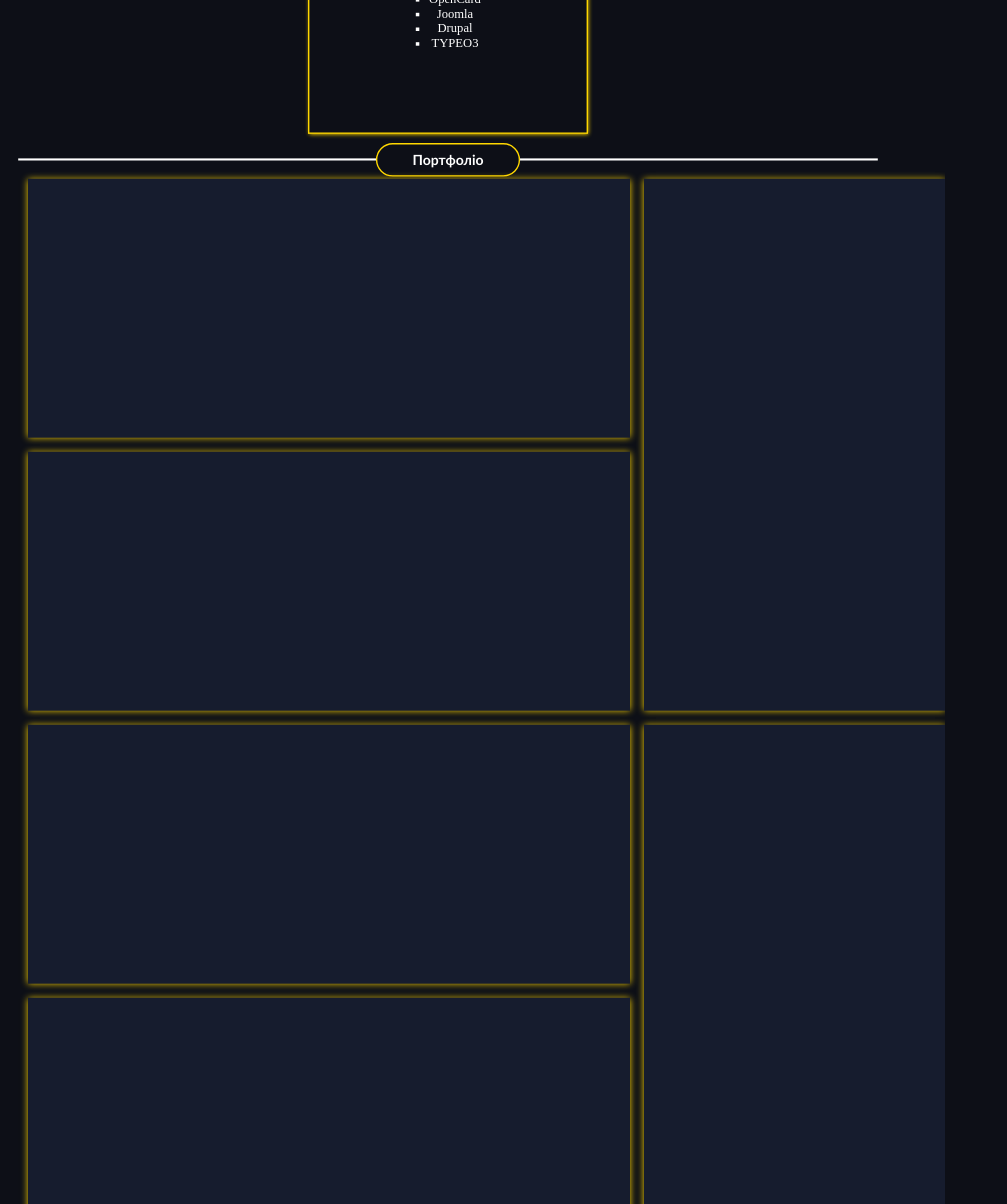
Repository: qtqqrdy13/cv-2
Page: index.html
These files come from the project's save history. The page is drawn as it stood at one moment and after the next save; the edit follows.
The browser window is 1280 px wide. The page is 1350 px wide, then 1439 px, then 1350 px, so the pictures cover 1439 px, including what lies to the right of the window. The pictures show the part of the page from y = 2725 to 4445 px (the page is 4562 px tall before and 4541 px after), at 70% of full size.

Above is the page before, as saved 2023-10-09 17:59:11.

### index.html
<!DOCTYPE html>
<html lang="en">

<head>
    <link rel="stylesheet" href="main.css">
    <meta charset="UTF-8">
    <meta name="viewport" content="width=device-width, initial-scale=1.0">
    <title>Батуров Олексій</title>
</head>

<body>
    <!--Navigation-->
    <header>
        <div class="logo">
            <img src="../My-CV Леша/image/media/logo.png" alt="logo">
        </div>
        <nav>
            <ul>
                <li><a href="">Головна</a></li>
                <li><a href="#about">Про мене</a></li>
                <li><a href="#skills">Мої скіли</a></li>
                <li><a href="#portfolio">Портфоліо</a></li>
                <li><a href="">Контакти</a></li>
            </ul>
        </nav>
    </header>
    <!--Navigation-->

    <!--Two images-->
    <div class="container-top">
        <div class="img-container">
            <img class="img-1" src="../cv 2/image/code.gif" alt="">
            <img class="img-2" src="../cv 2/image/photo_2023-09-09_18-51-06.jpg" alt="">
        </div>
        <!--Two images-->

        <!--About Oleksiy-->
        <div class="container-text">
            <div id="about"></div>
            <div class="text-block">
                <h1>Олексій Батуров</h1>
            </div>
        </div>
    </div>
    <div class="description">
        <p>Я професіонал, чия пристрасть до веб-розробки
            помітна в кожному рядку коду, який я створюю.
            За час моєї практики я набув глибоких знань у
            різних галузях веб-технологій, включаючи HTML,
            CSS, JavaScript, а також популярні фреймворки
            та бібліотеки. Мої навички дозволяють мені
            створювати унікальні та сучасні веб-сайти,
            які поєднують у собі функціональність, стиль
            та оптимальну продуктивність. </p>
    </div>
    <!--About Oleksiy-->

    <!--Edge-->
    <div id="about_us">
        <div class="announcement">
            <h2 class="title">
                Скіли
            </h2>
        </div>
    </div>
    <!--Edge-->

    <!--Skills-->
    <div class="container">
        <div id="skills"></div>
        <div class="row">
            <div class="block">
                <h2>Скіли Дизайнера</h2>
                <div class="content">
                    <ul>
                        <li>Figma</li>
                        <li>Photoshop</li>
                        <li>Illustrator</li>
                        <li>Scratch</li>
                        <li>AdobeXD</li>
                        <li>Corel Draw</li>
                    </ul>
                </div>
            </div>
            <div class="block">
                <h2>Скіли Front-End розробника</h2>
                <div class="content">
                    <ul>
                        <li>HTML</li>
                        <li>CSS</li>
                        <li>JavaScript</li>
                        <li>ReactJS</li>
                        <li>ReactNative</li>
                        <li>AngularJS</li>
                        <li>NodeJS</li>
                        <li>VueJS</li>
                        <li>JQuerry</li>
                        <li>TypeScript</li>
                        <li>PHPMyAdmin</li>
                    </ul>
                </div>
            </div>
            <div class="block">
                <h2>Володіння CMS - платформами</h2>
                <div class="content">
                    <ul>
                        <li>WordPress</li>
                        <li>OpenCard</li>
                        <li>Joomla</li>
                        <li>Drupal</li>
                        <li>TYPEO3</li>
                    </ul>
                </div>
            </div>
        </div>
    </div>
    <!--Skills-->

    <!--Edge-->
    <div id="about_us">
        <div class="announcement">
            <h2 class="title">
                Портфоліо
            </h2>
        </div>
    </div>
    <!--Edge-->

    <!--Portfolio-->
    <div class="angry-grid">
        <div id="portfolio"></div>

        <div id="item-0">&nbsp;</div>
        <div id="item-1">&nbsp;</div>
        <div id="item-2">&nbsp;</div>
        <div id="item-3">&nbsp;</div>
        <div id="item-4">&nbsp;</div>
        <div id="item-5">&nbsp;</div>
    </div>
    <button class="details_btn">Детальніше</button>
    <!--Portfolio-->


</body>

</html>

### main.css
body {
    background-color: #0d0f17;
    margin: 0;
    padding: 0;

}
/*Navigation*/
header {
    background-color: #161C2E;
    color: white;
    padding: 10px 0px;
    position: fixed;
    top: 0;
    width: 100%;
    display: flex;
    justify-content: space-between;
    align-items: center;
    z-index: 1000;
}

.logo img {
    height: 50px;
    margin-left: 50px;
}

nav ul {
    list-style: none;
    margin-right: 50px;
}

nav li {
    display: inline;
    margin-right: 50px;
}

nav a {
    text-decoration: none;
    color: white;
    font-weight: bold;
    font-size: 18px;
}

nav a:hover {
    color: gold;
    font-size: 24px;
    text-shadow: 0 0 10px gold;


}
/*Two images*/
.container-top {
    display: flex;
    flex-direction: column;
    align-items: center;
    width: 100%;
    overflow: visible;
    position: relative;
}

.img-container {
    width: 100%;
    max-width: 100vw;
    position: relative;
    overflow: visible;
    order: 1;
}

.img-1 {
    width: 100%;
    height: 500px;
    position: relative;
    animation: slideUp 2s ease-in-out infinite alternate;
}

.img-2 {
    width: 400px;
    height: 400px;
    max-width: 100%;
    position: absolute;
    top: calc(60% + 10%);
    ;
    left: 50%;
    transform: translateX(-50%);
    z-index: 2;
    border-radius: 50%;
}

@keyframes slideUp {
    0% {
        transform: translateY(0);
    }

    100% {
        transform: translateY(-20px);
    }
}

@media screen and(max-width: 768px) {
    .container {
        padding: 2px;
    }

    .img-1,
    .img-2 {
        height: auto;
    }
}
/*About Oleksiy*/
.container-text {
    display: flex;
    flex-direction: column;
    align-items: center;
    justify-content: center;
    height: 100vh;
    order: 2;
}

.text-block {
    width: 400px;
    height: 214px;
    font-size: 60px;
    text-align: center;
    color: white;
    animation: fadeIn 2s ease-in-out;
    margin: 0 auto;
}

.description {
    width: 700px;
    height: 256px;
    text-align: center;
    color: white;
    animation: slideIn 2s ease-in-out;
    margin: 0 auto;
    margin-bottom: 10%;
}

@keyframes fadeIn {
    0% {
        opacity: 0;
    }

    100% {
        opacity: 1;
    }
}

@keyframes slideIn {
    0% {
        transform: translateY(-20px);
        opacity: 0;
    }

    100% {
        transform: translateY(0);
        opacity: 1;
    }
}

/* Адаптация для мелких скринов */
@media (max-width: 600px) {
    .text-block {
        font-size: 36px;
    }

    .description {
        font-size: 18px;
    }
}

/* Адаптация для планшей */
@media (min-width: 601px) and (max-width: 1024px) {
    .text-block {
        font-size: 48px;
    }

    .description {
        font-size: 24px;
    }
}

@media (min-width: 1025px) {
    .text-block {
        font-size: 72px;
    }

    .description {
        font-size: 30px;
    }
}
/*Edge*/
.announcement {
    height: 3px;
    background-color: white;
    display: flex;
    justify-content: center;
    align-items: center;
    margin: 2% 2%;
}

.title {
    animation-name: fade-in;
    animation-duration: 0.3s;
    text-align: center;
    text-decoration: none;
    color: white;
    border: 2px solid gold;
    background-color: #0d0f17;
    border-radius: 30px;
    padding: 10px 50px;
}

.title:hover {

    color: gold;
    font-size: 26px;
    box-shadow: 0 0 6px gold;
}

@keyframes fade-in {
    from {
        opacity: 0;
    }

    to {
        opacity: 1;
    }
}
/*Skills*/
.container {
    display: flex;
    flex-direction: column;
    align-items: center;
}

.row {
    display: flex;
    flex-wrap: wrap;
    justify-content: space-between;
}

.block {
    border: 2px solid gold;
    margin: 10px;
    padding: 20px;
    animation: fade-in 1s ease-in-out;
    width: calc(50% - 20px);
    height: 400px;
    box-shadow: 1px 1px 6px gold;
    text-align: center;
    box-sizing: border-box;
    display: flex;
    flex-direction: column;
    justify-content: flex-start;
    align-items: center;
}

.block:hover {
    box-shadow: 2px 2px 12px gold;
}

h2 {
    font-size: 20px;
    font-family: 'Trebuchet MS', 'Lucida Sans Unicode', 'Lucida Grande', 'Lucida Sans', Arial, sans-serif;
    margin-top: 10px 0 0 0;
    color: white;
}

.content {
    display: flex;
    flex-direction: column;
    align-items: center;
    justify-content: center;
    height: 100%;
}

.content ul {
    list-style-type: square;
    padding-left: 20px;
    margin: 0;
}

h2:hover {
    font-size: 21px;
    text-shadow: 0px 0px 12px white;
}

.content li {
    font-size: 18px;
    color: white;
}

.content li:hover {
    font-size: 19px;
    text-shadow: 0px 0px 12px white;
}

@keyframes fade-in {
    0% {
        opacity: 0;
    }

    100% {
        opacity: 1;
    }
}

@media screen and (max-width: 1024px) {
    .block {
        padding: 10px;
        width: calc(50% - 20px);
        height: 250px;
    }

    .block h2 {
        font-size: 18px;
    }

    .content li {
        font-size: 16px;
    }
}

@media screen and (max-width: 750px) {
    .block {
        padding: 10px;
        width: calc(50% - 20px);
        height: 200px;
    }

    .block h2 {
        font-size: 16px;
    }

    .content li {
        font-size: 14px;
    }
}


@media screen and (min-width: 1200px) {
    .block {
        width: 400px;
        height: 400px;
    }

    .row {
        justify-content: center;
        width: calc(65% - 10px)
    }
}
/*Portfolio*/
.angry-grid {
    display: grid;
    grid-template-rows: 1fr 1fr 1fr 1fr;
    grid-template-columns: 1fr 1fr 1fr 1fr 1fr;
    margin: 0 auto;
    max-width: 1200px;
    padding: 0 15px;
}

#item-0 {
    background-color: #161C2E;
    grid-row-start: 1;
    grid-column-start: 1;
    grid-row-end: 2;
    grid-column-end: 3;
    margin-bottom: 20px;
    width: 860px;
    height: 370px;
    box-shadow: 0 0 10px gold;
}
#item-0:hover{
    box-shadow: 0 0 18px gold;
    border-radius: 10px;
}

#item-1 {
    background-color: #161C2E;
    grid-row-start: 1;
    grid-column-start: 3;
    grid-row-end: 3;
    grid-column-end: 4;
    margin-left: 20px;
    width: 430px;
    height: 760px;
    box-shadow: 0 0 10px gold;
}

#item-1:hover{
    box-shadow: 0 0 18px gold;
    border-radius: 10px;
}

#item-2 {
    background-color: #161C2E;
    grid-row-start: 2;
    grid-column-start: 1;
    grid-row-end: 3;
    grid-column-end: 3;
    margin-bottom: 20px;
    box-shadow: 0 0 10px gold;
}

#item-2:hover{
    box-shadow: 0 0 18px gold;
    border-radius: 10px;
}

#item-3 {
    background-color: #161C2E;
    grid-row-start: 3;
    grid-column-start: 1;
    grid-row-end: 4;
    grid-column-end: 3;
    margin-bottom: 20px;
    box-shadow: 0 0 10px gold;
}

#item-3:hover{
    box-shadow: 0 0 18px gold;
    border-radius: 10px;
}

#item-4 {
    background-color: #161C2E;
    grid-row-start: 4;
    grid-column-start: 1;
    grid-row-end: 5;
    grid-column-end: 3;
    box-shadow: 0 0 10px gold;
}

#item-4:hover{
    box-shadow: 0 0 18px gold;
    border-radius: 10px;
}

#item-5 {
    background-color: #161C2E;
    grid-row-start: 3;
    grid-column-start: 3;
    grid-row-end: 5;
    grid-column-end: 4;
    margin-left: 20px;
    box-shadow: 0 0 10px gold;
}

#item-5:hover{
    box-shadow: 0 0 18px gold;
    border-radius: 10px;
}
/* Медиа-запрос для маленьких экранов (например, ноутбуки) */
@media (max-width: 768px) {
    .angry-grid {
        grid-template-columns: 1fr 1fr; /* Изменяем количество столбцов на 2 */
        max-width: 768px; /* Занимать всю доступную ширину */
        margin-left: 0;
    }
}
@media (min-width: 1313px) {
    .angry-grid {
        max-width: 1313px; /* Занимать всю доступную ширину */
        padding: 45px 20px;
    }
}
.details_btn button{
    width: 215px;
    height: 60px;
    background-color:white;
    color: black;
    font-size:28px;
    border-radius:10px;
    margin:0 auto;
}

After the next save:
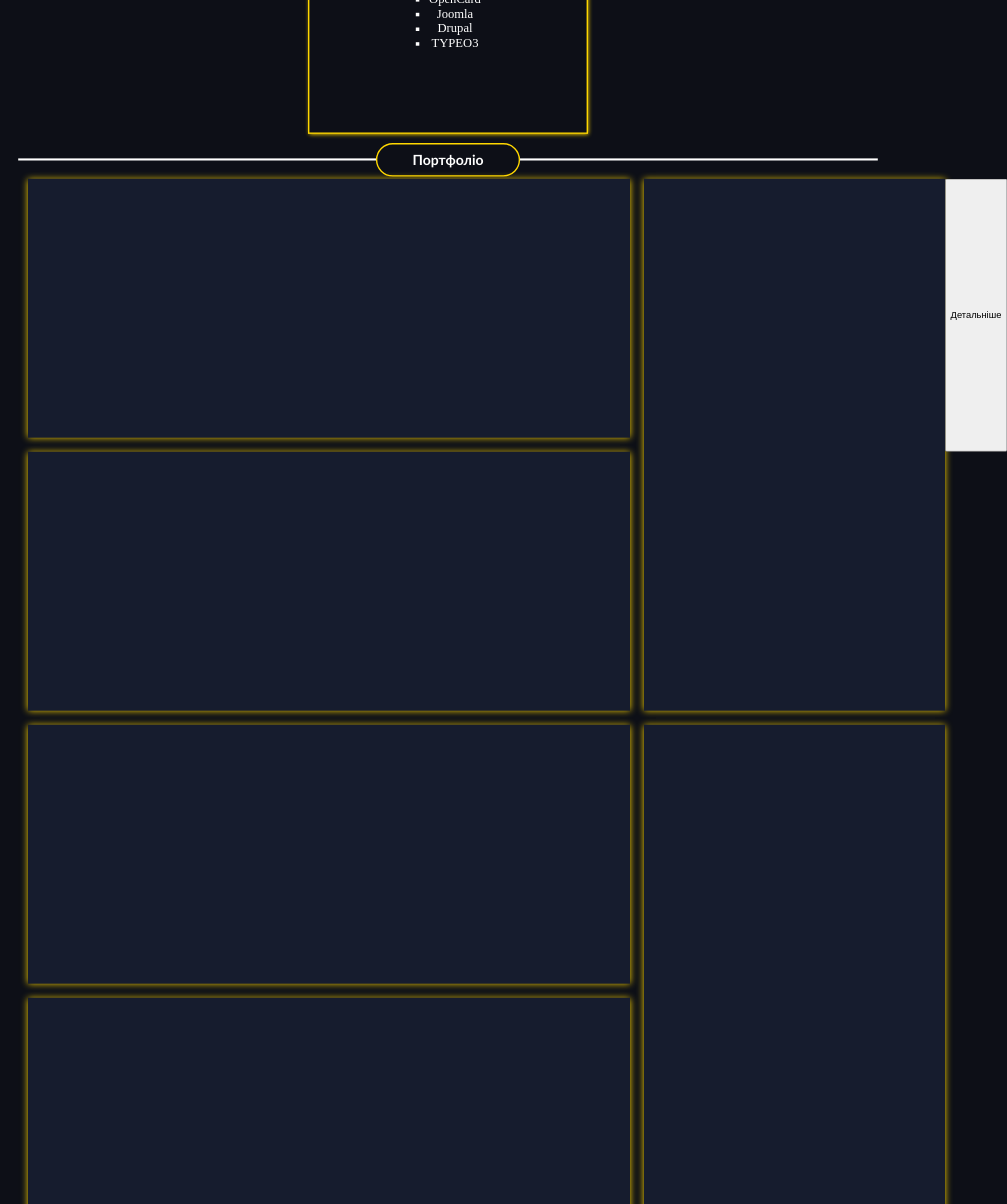
Saved 103 s later.
--- a/index.html
+++ b/index.html
@@ -136,8 +136,9 @@
         <div id="item-3">&nbsp;</div>
         <div id="item-4">&nbsp;</div>
         <div id="item-5">&nbsp;</div>
+         <button class="details_btn">Детальніше</button>
     </div>
-    <button class="details_btn">Детальніше</button>
+
     <!--Portfolio-->
 
 
--- a/main.css
+++ b/main.css
@@ -472,4 +472,5 @@ h2:hover {
     font-size:28px;
     border-radius:10px;
     margin:0 auto;
-}
+
+}

After the save that followed:
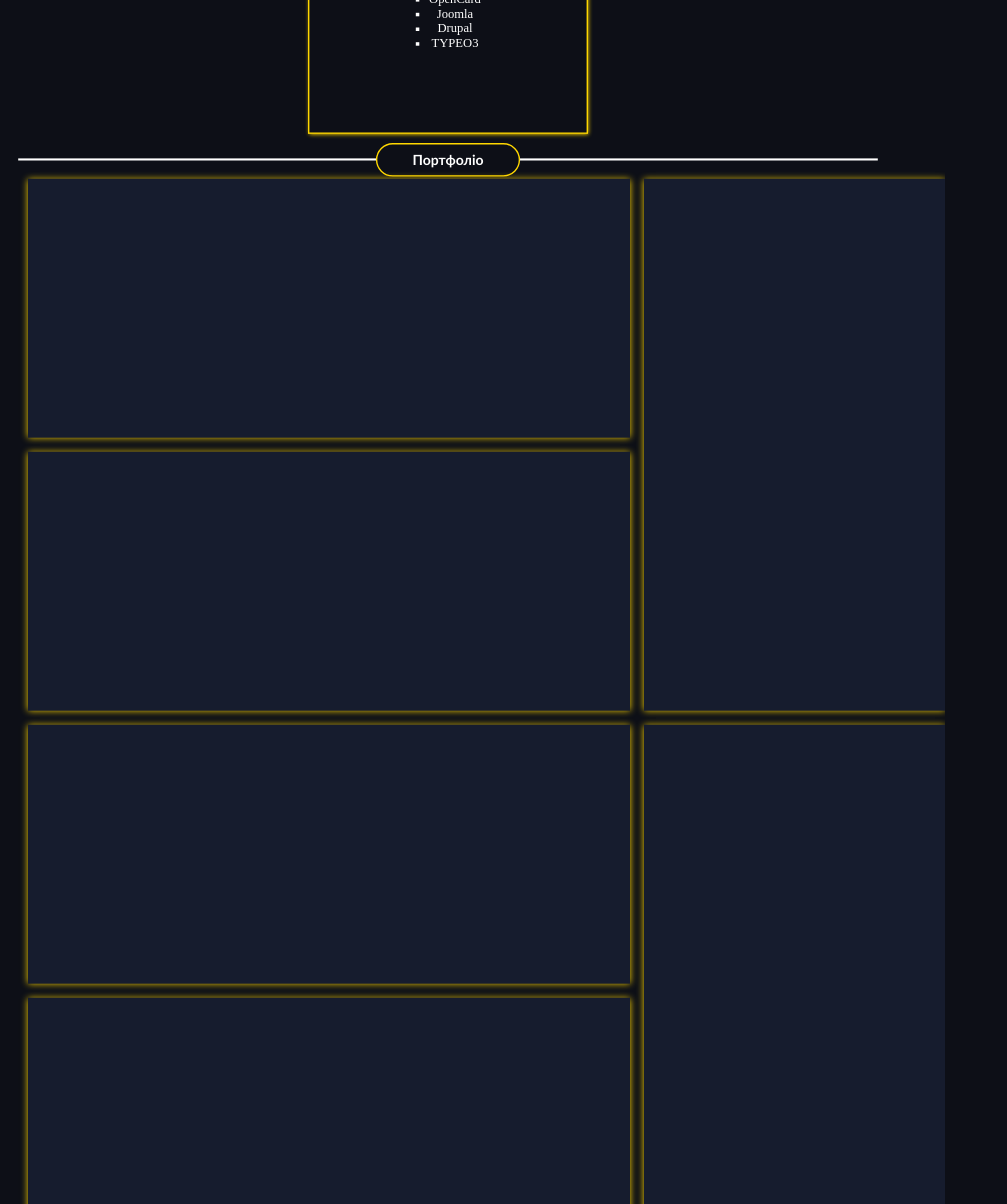
Saved 39 s later.
--- a/index.html
+++ b/index.html
@@ -136,9 +136,9 @@
         <div id="item-3">&nbsp;</div>
         <div id="item-4">&nbsp;</div>
         <div id="item-5">&nbsp;</div>
-         <button class="details_btn">Детальніше</button>
+
     </div>
-
+    <button class="details_btn">Детальніше</button>
     <!--Portfolio-->
 
 
